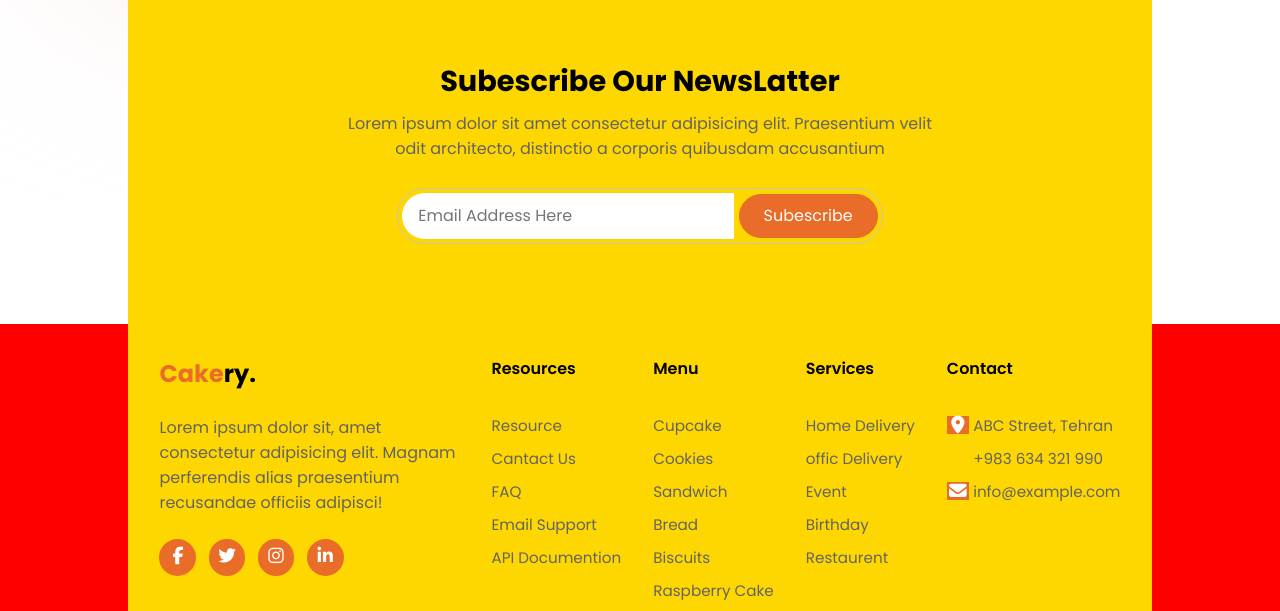
Repository: kingamirhosein100000-maker/cake.shop
Page: index.html
These files come from the project's save history. The page is drawn as it stood at one moment and after the next save; the edit follows.
The browser window is 1280 px wide. The pictures show the part of the page from y = 4552 to 5163 px (the page is 5163 px tall).
Some icons come from a web library that is not loaded, so they are not drawn. A picture or video elsewhere on the page could not be fetched, so the positions and the page height are approximate. Some web libraries are served in a nearby version.

Above is the page before, as saved 2026-01-29 18:12:54.

After the next save:
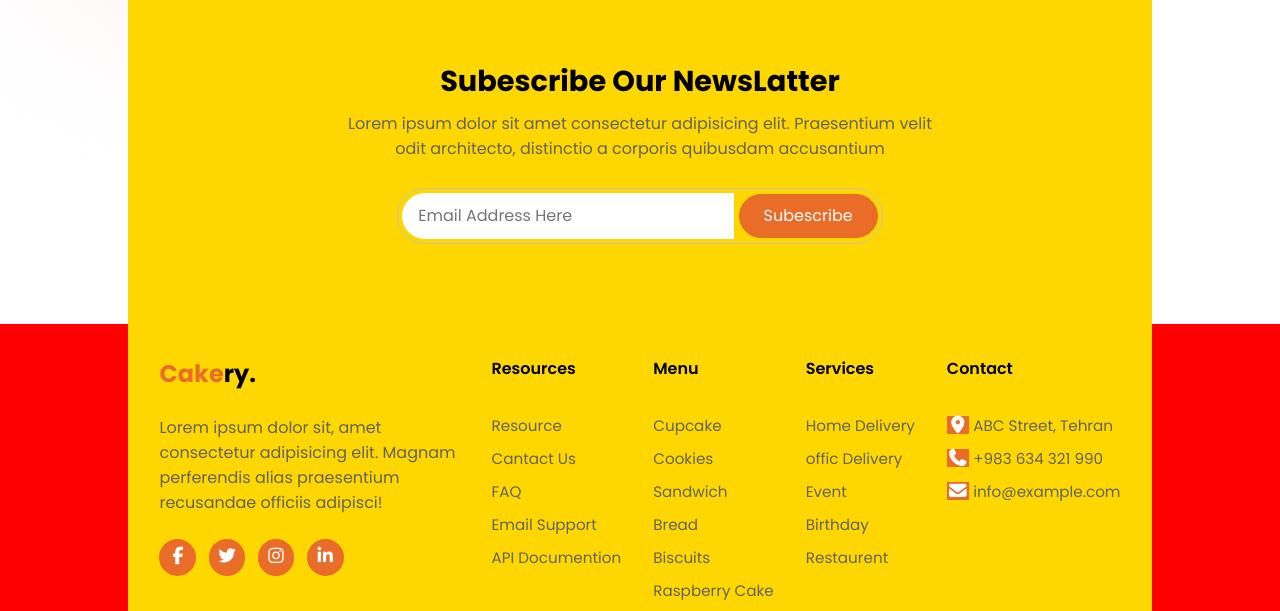
Saved 13 s later.
--- a/index.html
+++ b/index.html
@@ -377,7 +377,7 @@
         <a href="#" class="footer-links">ABC Street, Tehran</a>
     </li>
     <li>
-<i class="fa-solid fa-phonebg-orange"></i>
+<i class="fa-solid fa-phone bg-orange"></i>
         <a href="#" class="footer-links">+983 634 321 990</a>
     </li>
     <li>
